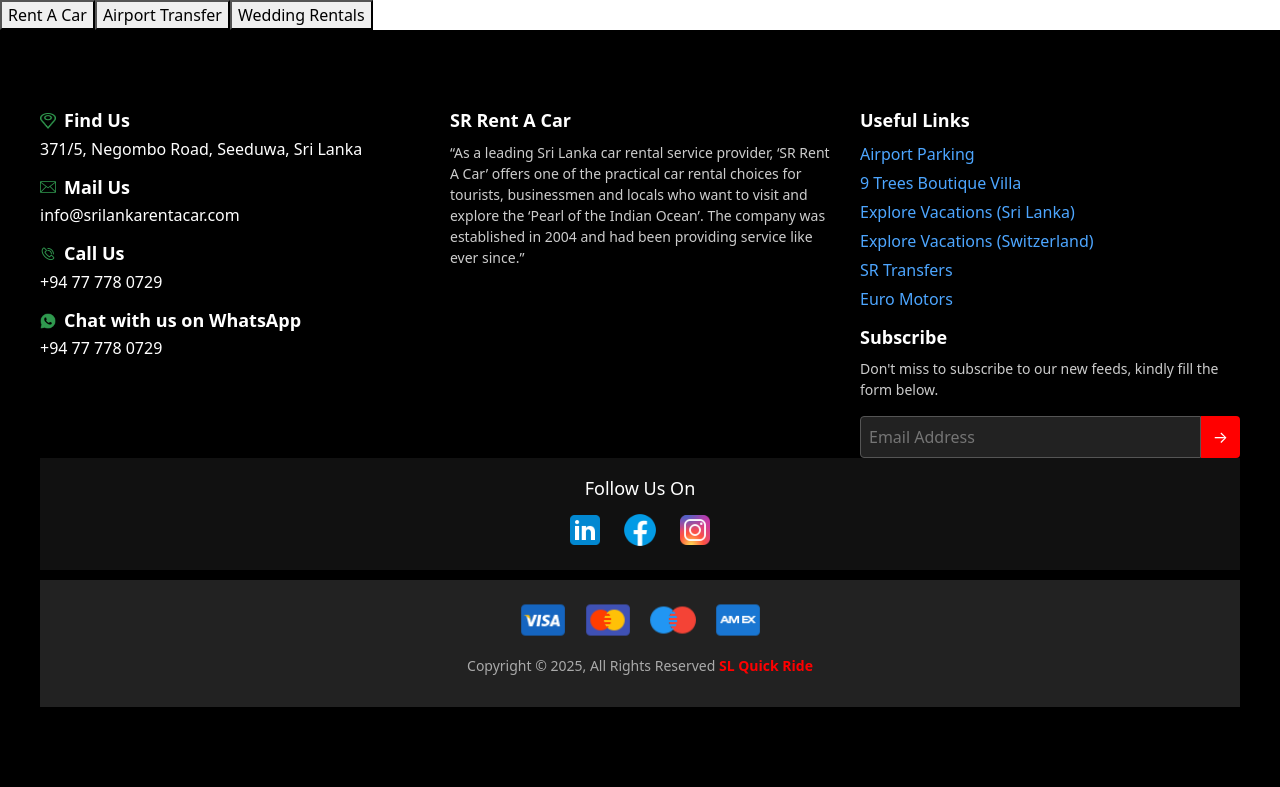
Repository: saubgayavishwanthi/Car-Renatal-Website
Page: /rent-car (app in frontend/)
An editor plug-in stored every save of this project. The page is shown before and after a run of saves, followed by the edit.
The browser window is 1280 px wide. The pictures show the whole page.
The project was rebuilt for these pictures with package versions that can differ from the ones it lists, and the page was loaded fresh each time. Also part of the build but not shown: frontend/src/components/Carousel.js, frontend/src/css/Home.css, frontend/src/components/Home.js, frontend/src/css/Contact.css, frontend/src/components/Contact.js.

Above is the page before, as saved 2025-03-11 10:27:26.

### frontend/src/App.js
import { BrowserRouter as Router, Route, Routes } from 'react-router-dom';
import Home from './components/Home';
import Contact from './components/Contact';
import RentCar from './components/RentCar';

import 'bootstrap/dist/css/bootstrap.min.css';
import './App.css';


function App() {
  return (
    <Router>
    <Routes>
      {/* Main Routes */}
      <Route path="/" element={< Home/>} />
      <Route path="/contact-page"element={<Contact/>}/>
      <Route path="/rent-car"element={<RentCar/>}/>

    </Routes>
  </Router>
  );
}

export default App;

### frontend/src/components/RentCar.js
import React from 'react'
import MyNavbar from './MyNavbar';
import Footer from './Footer';

function RentCar() {
  return (
    <div>
    <div>

      </div>

      <div className='category-tab'>
        <button className='btn-categroy'>Rent A Car</button>
        <button className='btn-categroy'>Airport Transfer</button>
        <button className='btn-categroy'>Wedding Rentals</button>
      </div>
      <div className='footer' >
        <Footer/>
      </div>

    </div>
  )
}

export default RentCar

### frontend/src/components/Footer.js
import Map from "../assets/Map.png";
import Envelope from "../assets/Envelope.png";
import Call from "../assets/call.png";
import Whatsapp from "../assets/Whatsapp.png";
import LinkedIn from "../assets/Linkedin.png";
import Facebook from "../assets/Facebook.png";
import Instagram from "../assets/Instagram.png";
import Visa from "../assets/Visa.png";
import MasterCard from "../assets/Mastercard.png";
import Maestro from "../assets/Maestro.png";
import Amex from "../assets/Amex.png";
import "../css/Footer.css";

const Footer = () => {
    return (
      <footer className="footer">
        <div className="footer-container">
          {/* Contact Info */}
          <div>
            <h3 className="footer-heading">
              <img src={Map} alt="Map" className="icon" /> Find Us
            </h3>
            <p>371/5, Negombo Road, Seeduwa, Sri Lanka</p>

            <h3 className="footer-heading">
              <img src={Envelope} alt="Envelope" className="icon" /> Mail Us
            </h3>
            <p>info@srilankarentacar.com</p>

            <h3 className="footer-heading">
              <img src={Call} alt="Call" className="icon" /> Call Us
            </h3>
            <p>+94 77 778 0729</p>

            <h3 className="footer-heading">
              <img src={Whatsapp} alt="Whatsapp" className="icon" /> Chat with us on WhatsApp
            </h3>
            <p>+94 77 778 0729</p>
          </div>

          {/* About Section */}
          <div>
            <h3 className="footer-title">SR Rent A Car</h3>
            <p className="footer-text">
              “As a leading Sri Lanka car rental service provider, ‘SR Rent A Car’ offers one of the practical car rental choices for tourists, businessmen and locals who want to visit and explore the ‘Pearl of the Indian Ocean’. The company was established in 2004 and had been providing service like ever since.”
            </p>
          </div>

          {/* Useful Links & Subscribe */}
          <div>
            <h3 className="footer-title">Useful Links</h3>
            <ul className="footer-links">
              <li><a href="#">Airport Parking</a></li>
              <li><a href="#">9 Trees Boutique Villa</a></li>
              <li><a href="#">Explore Vacations (Sri Lanka)</a></li>
              <li><a href="#">Explore Vacations (Switzerland)</a></li>
              <li><a href="#">SR Transfers</a></li>
              <li><a href="#">Euro Motors</a></li>
            </ul>

            <h3 className="footer-title">Subscribe</h3>
            <p className="footer-text">Don't miss to subscribe to our new feeds, kindly fill the form below.</p>
            <div className="subscribe">
              <input type="email" placeholder="Email Address" className="subscribe-input" />
              <button className="subscribe-button">→</button>
            </div>
          </div>
        </div>

        {/* Follow Us Section */}
        <div className="social-media">
          <h3>Follow Us On</h3>
          <div className="social-icons">
            <img src={LinkedIn} alt="LinkedIn" className="social-icon" />
            <img src={Facebook} alt="Facebook" className="social-icon" />
            <img src={Instagram} alt="Instagram" className="social-icon" />
          </div>
        </div>

        {/* Payment Methods & Copyright */}
        <div className="footer-bottom">
          <div className="payment-methods">
            <img src={Visa} alt="Visa" className="payment-icon" />
            <img src={MasterCard} alt="MasterCard" className="payment-icon" />
            <img src={Maestro} alt="Maestro" className="payment-icon" />
            <img src={Amex} alt="American Express" className="payment-icon" />
          </div>
          <p className="copyright">Copyright © 2025, All Rights Reserved <span>SL Quick Ride</span></p>
        </div>
      </footer>
    );
};

export default Footer;

### frontend/src/css/Footer.css
.footer {
    background-color: black;
    color: white;
    padding: 40px 20px;
}

.footer-container {
    display: grid;
    grid-template-columns: 1fr;
    gap: 30px;
}

@media (min-width: 768px) {
    .footer-container {
        grid-template-columns: repeat(3, 1fr);
    }
}

.footer-heading {
    font-size: 18px;
    font-weight: bold;
    display: flex;
    align-items: center;
    margin-bottom: 5px;
}

.footer-title {
    font-size: 18px;
    font-weight: bold;
    margin-bottom: 10px;
}

.footer-text {
    font-size: 14px;
    color: #ccc;
}

.footer-links {
    list-style: none;
    padding: 0;
}

.footer-links li {
    margin-bottom: 5px;
}

.footer-links a {
    text-decoration: none;
    color: #4da6ff;
}

.footer-links a:hover {
    text-decoration: underline;
}

.subscribe {
    margin-top: 10px;
    display: flex;
}

.subscribe-input {
    padding: 8px;
    border: 1px solid #ccc;
    border-radius: 4px 0 0 4px;
    flex-grow: 1;
    background-color: #222;
    color: white;
    border: 1px solid #555;
}

.subscribe-button {
    padding: 8px 12px;
    background-color: red;
    color: white;
    border: none;
    border-radius: 0 4px 4px 0;
    cursor: pointer;
}

.subscribe-button:hover {
    background-color: darkred;
}

/* Social Media Section */
.social-media {
    text-align: center;
    padding: 20px 0;
    background-color: #111;
}

.social-media h3 {
    font-size: 18px;
    margin-bottom: 10px;
}

.social-icons {
    display: flex;
    justify-content: center;
    gap: 15px;
}

.social-icon {
    width: 40px;
    height: 40px;
}

/* Payment Methods & Copyright */
.footer-bottom {
    background-color: #222;
    text-align: center;
    padding: 15px 0;
    margin-top: 10px;
}

.payment-methods {
    display: flex;
    justify-content: center;
    gap: 15px;
    margin-bottom: 10px;
}

.payment-icon {
    width: 50px;
    height: auto;
}

.copyright {
    font-size: 14px;
    color: #aaa;
}

.copyright span {
    color: red;
    font-weight: bold;
}

/* Icon Styling */
.icon {
    width: 16px;
    height: 16px;
    margin-right: 8px;
    filter: brightness(0) saturate(100%) invert(46%) sepia(85%) saturate(364%) hue-rotate(85deg) brightness(90%) contrast(90%);
}

### frontend/src/components/MyNavbar.js
import React from "react";
import "../css/MyNavbar.css"; // Import the CSS file
import logo from "../assets/logo.png"; // Import your logo


const MyNavbar = () => {
  return (
    <nav className="navbar">
      {/* Logo on the Left */}
      <div className="logo">
        <img src={logo} alt="Logo" />
      </div>

      {/* Links on the Right */}
      <div className="nav-links">
        <a href="/">Home</a>
        <a href="#">About</a>
        <a href="#">Services</a>
        <a href="/contact-page">Contact</a>
      </div>
      <div className="phone-number">
        <p>+94704066930</p>
      </div>
    </nav>
  );
};

export default MyNavbar;

### frontend/src/css/MyNavbar.css
/* Navbar container */
.navbar {
  display: flex;
  justify-content: space-between;
  align-items: center;
  background-color:rgba(243, 246, 248, 0.8);
  padding: 15px 50px; /* Adjusted padding */
  box-shadow: 0 4px 6px rgba(0, 0, 0, 0.1);
  position: fixed;  /* Fix it to the top */
  top: 0;
  left: 0;
  width: 100%;
  z-index: 1000; /* Ensure it's above other elements */
}
/* Logo container */
.logo {
  display: flex;
  align-items: center;
}

/* Adjust logo size */
.logo img {
  width: 150px;
  height: 50px;
}

/* Navigation links container */
.nav-links {
  display: flex;
  gap: 30px;
  margin-right: 300px;
}

/* Individual link styling */
.nav-links a {
  text-decoration: none;
  color: black;
  font-size: 18px;
  font-weight: 500;
  transition: color 0.3s;
}

/* Hover effect */
.nav-links a:hover {
  color: #007bff;
}
.phone-number{
  color: black;
  font-size: 18px;
  font-weight: 500;
  margin-right:50px;
}

Loaded but not shown: frontend/public/index.html (common file); frontend/src/index.js (common file); frontend/src/index.css (common file); frontend/src/reportWebVitals.js (common file); frontend/src/App.css (no stored copy; drawn as an empty file)

After the next 5 saves:
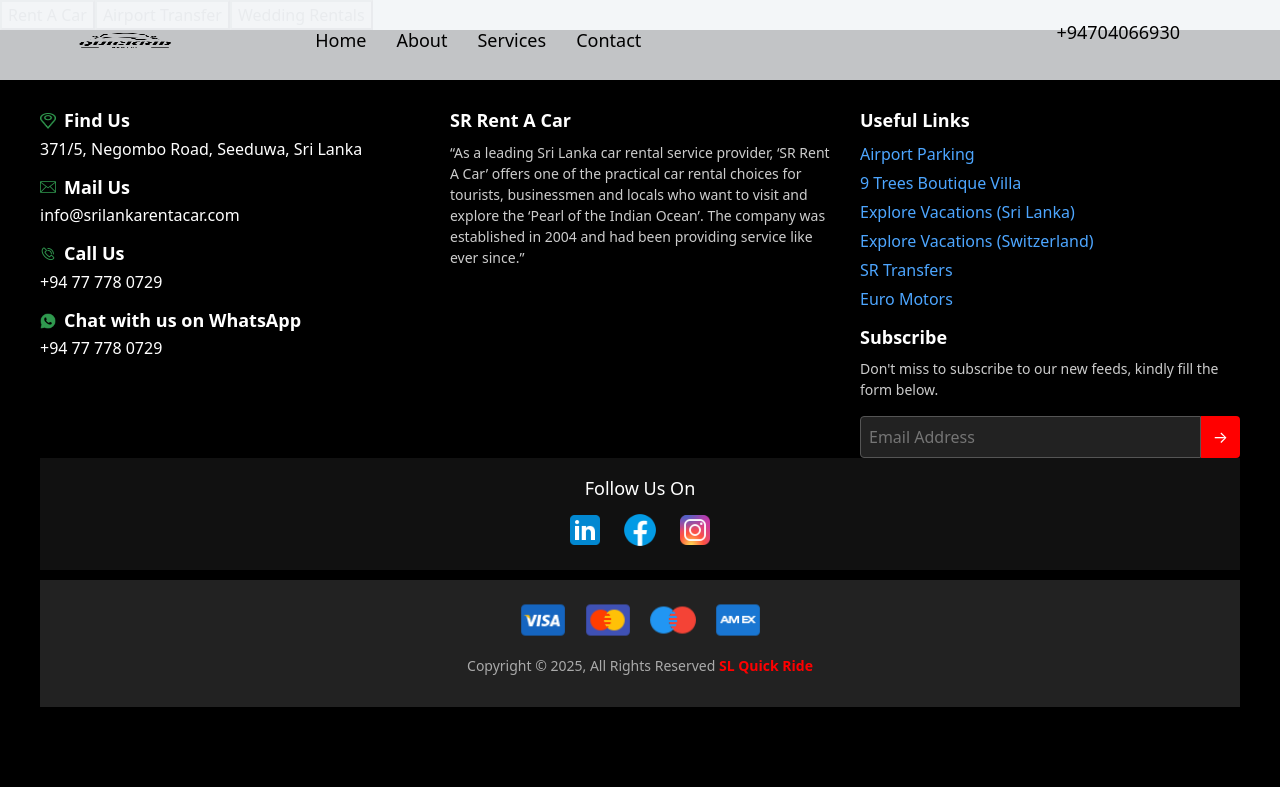
The 5 saves are shown as one change because 2 did not build or start and some came seconds apart.
The last was saved 21 s later.
--- a/frontend/src/components/RentCar.js
+++ b/frontend/src/components/RentCar.js
@@ -1,13 +1,15 @@
 import React from 'react'
-import MyNavbar from './MyNavbar';
+import Navbar from './MyNavbar';
 import Footer from './Footer';
 
 function RentCar() {
   return (
     <div>
-    <div>
+    <div className="navbar">
+        <Navbar/>
+    </div>
 
-      </div>
+
 
       <div className='category-tab'>
         <button className='btn-categroy'>Rent A Car</button>
